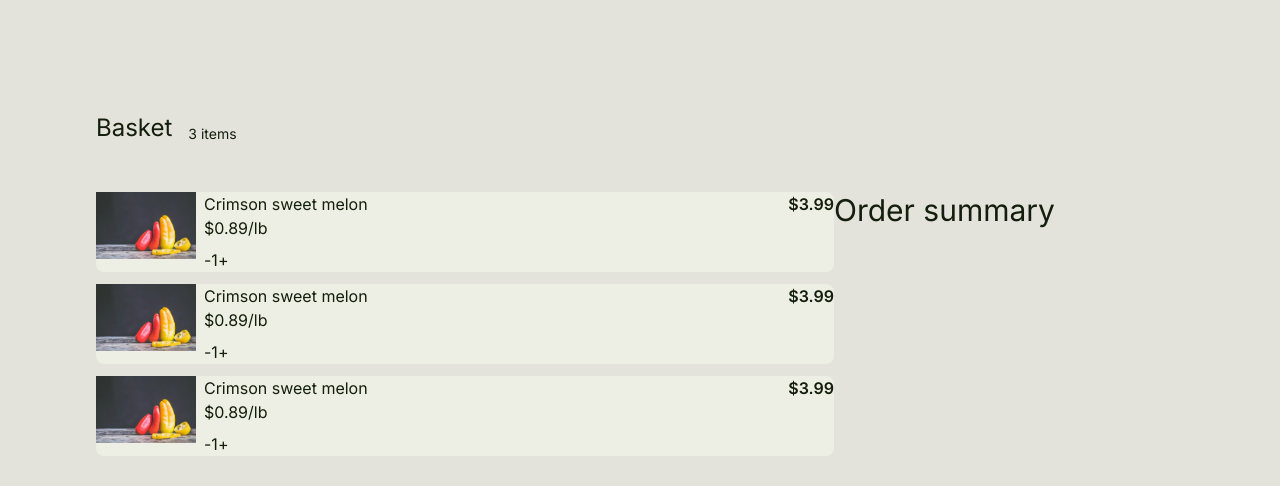
Repository: wswiselife/CSS
Page: / (app in figma-20240618/)
The author's editor kept a copy of each file at every save. The page is drawn from the files as they stood at one save, then again after the next save.
The browser window is 1280 px wide. The pictures show the part of the page from y = 1280 to 1766 px (the page is 1766 px tall).
Some web fonts or font styles are not loaded; a fallback is used. The project was rebuilt for these pictures with package versions that can differ from the ones it lists, and the page was loaded fresh each time. The framework's server and built-in components were replaced by stand-ins that run in the browser. Also part of the build but not shown: figma-20240618/next.config.mjs, figma-20240618/app/components/navbar/UserItem.tsx.

Above is the page before, as saved 2024-06-19 07:23:15.

After the next save:
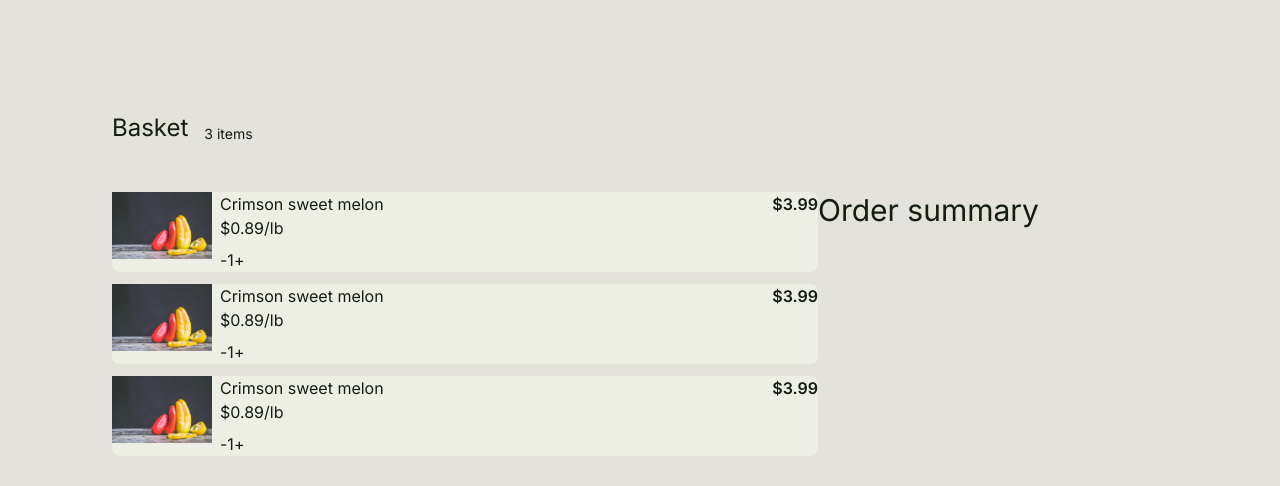
Saved 14 s later.
--- a/figma-20240618/app/components/Basket.tsx
+++ b/figma-20240618/app/components/Basket.tsx
@@ -20,7 +20,7 @@
             flex-col
             p-8
             md:px-16
-            lg:px-24
+            lg:px-28
         ">
             <Header title="Basket" desc="3 items"  />
 
